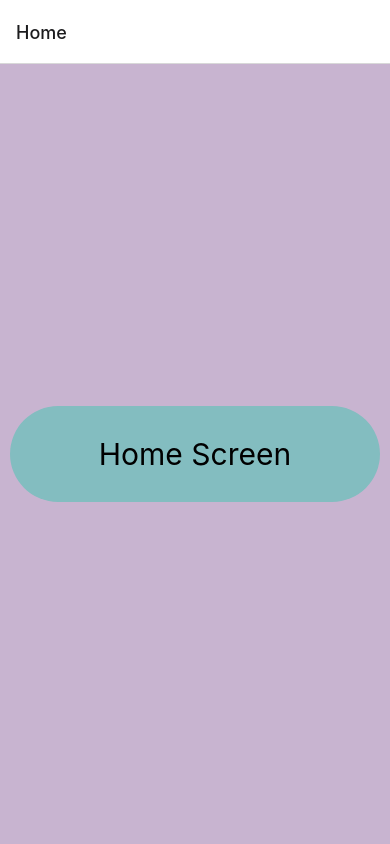
Repository: itadori17/MovieApi
Screen: /
These files come from the project's save history. The screen is drawn as it stood at one moment and after a run of saves; the edit follows.
The app was drawn by React Native's web renderer in a window 390 px wide. The project was rebuilt for these pictures with package versions that can differ from the ones it lists, and the page was loaded fresh each time. Also part of the build but not shown: src/Api/index.js, src/Screens/MovieCard.js, src/Screens/MovieFinder.js.

Above is the screen before, as saved 2022-08-22 09:59:52.

After the next 2 saves:
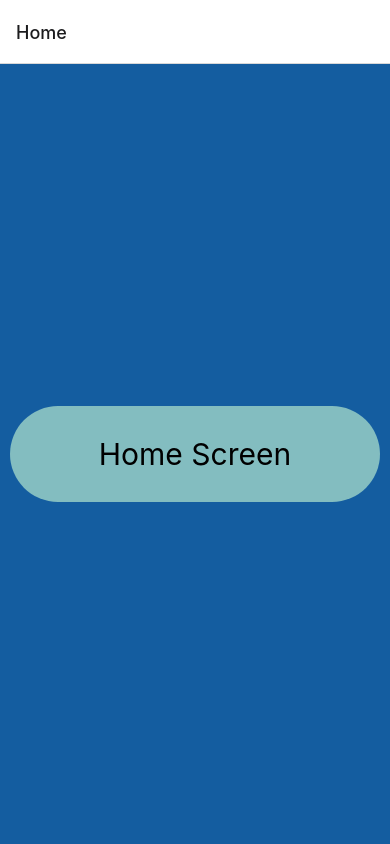
The 2 saves are shown as one change because they came seconds apart.
The last was saved 20 s later.
--- a/src/Screens/HomeSreen.js
+++ b/src/Screens/HomeSreen.js
@@ -25,7 +25,7 @@ const styles = StyleSheet.create({
         flex: 1,
     justifyContent: "center",
     paddingHorizontal: 10,
-    backgroundColor: "#C8B4D0",
+    backgroundColor: "#145DA0",
     },
     button : {
         alignItems: "center",
